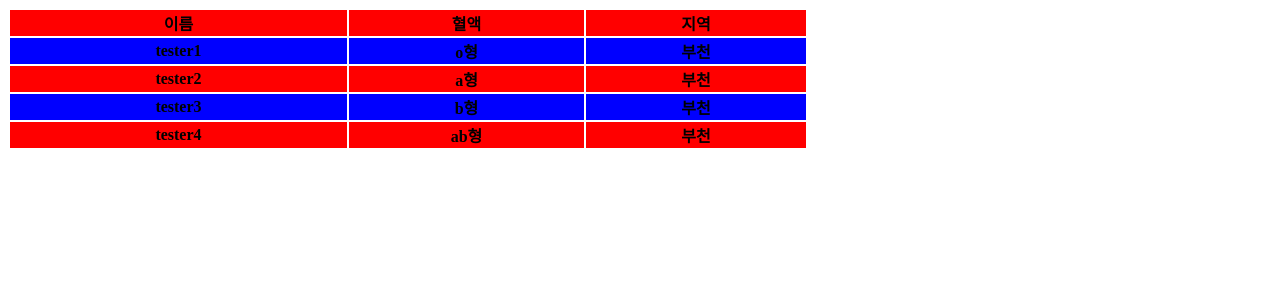
Repository: KYJIN1024/kic_jquery
Page: http://localhost/JQueryEx01/jquery11.jsp
These files come from the project's save history. The page is drawn as it stood at one moment and after the next save; the edit follows.
The browser window is 1280 px wide. The pictures show the whole page.
The page is served by Tomcat 9.

Above is the page before, as saved 2023-05-15 06:46:46.

After the next save:
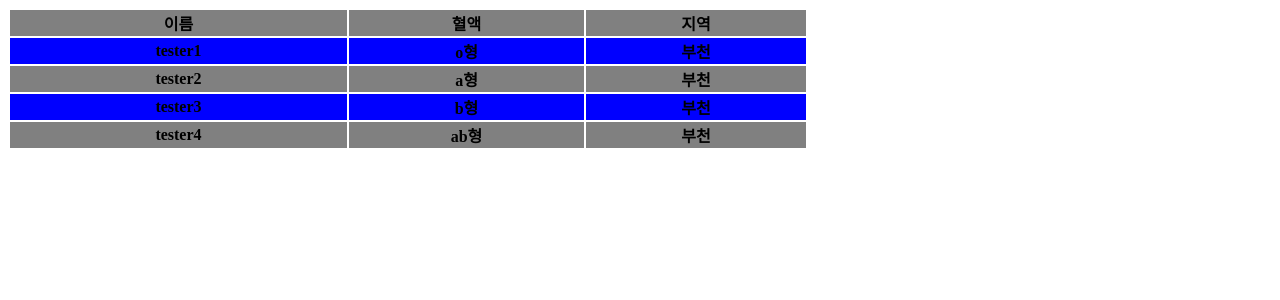
Saved 34 s later.
--- a/JQueryEx01/src/main/webapp/jquery11.jsp
+++ b/JQueryEx01/src/main/webapp/jquery11.jsp
@@ -14,7 +14,7 @@
 			$( 'table' ).css('width', '800' );
 
 			$( 'tr:odd' ).css('background-color', 'blue' );
-			$( 'tr:even' ).css('background-color', 'red' );
+			$( 'tr:even' ).css('background-color', 'gray' );
 	});
 
 
